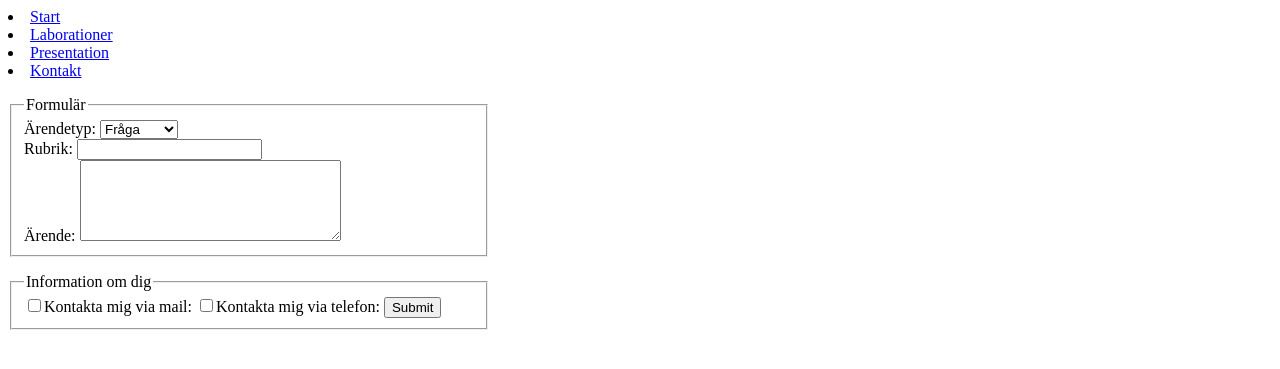
Repository: RebeccaFransson/Interfacedevelopment-1IK415
Page: pages/kontakt.html
The author's editor kept a record of every edit. The page is drawn from the files as they stood at one moment, then again after the next edit.
The browser window is 1280 px wide. The pictures show the whole page.

Above is the page before.

### pages/kontakt.html
<!DOCTYPE html>
<html>
    <body>

   <li><a href="../index.html">Start</a> </li>  <!-- ../ gör att jag kommer ut till mappen ovan.-->
    <li><a href="laborationer.html">Laborationer</a> </li>
     <li><a href="presentation.html">Presentation</a> </li>
      <li><a href="kontakt.html">Kontakt</a> </li>



      <p>
      <form name="form" method="post" action="http://voyager.lnu.se/tekinet/kurser/dtt/wp_webbintro/form.php">
      <fieldset style="width: 450px" >
      <legend>Formulär</legend>

      <!--Formuläret-->
      Ärendetyp: <select name="Ärendetyp">
  <option value="Fråga">Fråga</option>
  <option value="Klagomål">Klagomål</option>
 </select>
 <br>
 Rubrik: <input type="text" name="Rubrik"><br>
 Ärende: <textarea rows="5" cols="30"> </textarea><br>
</fieldset>
</p>
<p>
<fieldset style="width: 450px" >
      <legend>Information om dig</legend>
<input type="checkbox" name="kontakt" value="Mail">Kontakta mig via mail:
<input type="checkbox" name="kontakt" value="Telefon">Kontakta mig via telefon:
<input type="submit" value="Submit">
 </fieldset>
</form>
</p>


    </body>

     </html>

After the next edit:
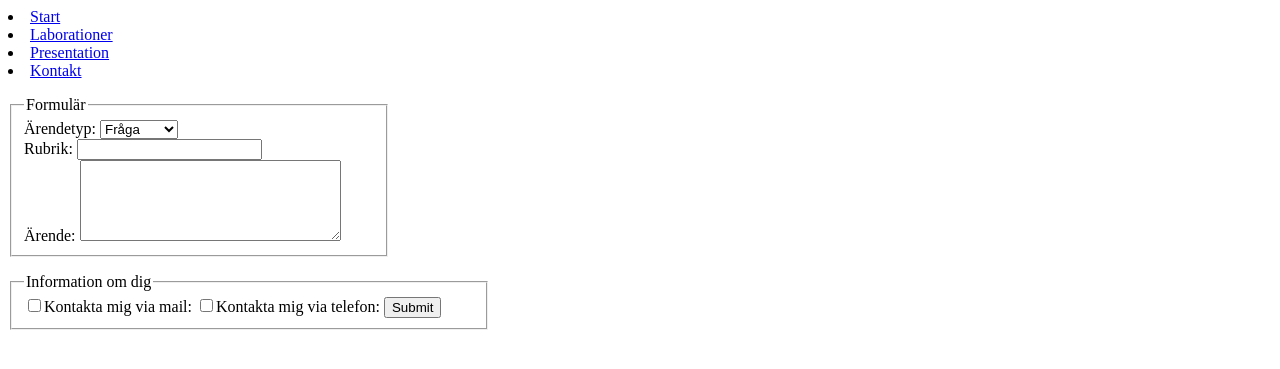
The edit:
--- a/pages/kontakt.html
+++ b/pages/kontakt.html
@@ -11,7 +11,7 @@
 
       <p>
       <form name="form" method="post" action="http://voyager.lnu.se/tekinet/kurser/dtt/wp_webbintro/form.php">
-      <fieldset style="width: 450px" >
+      <fieldset style="width: 350px" >
       <legend>Formulär</legend>
 
       <!--Formuläret-->
